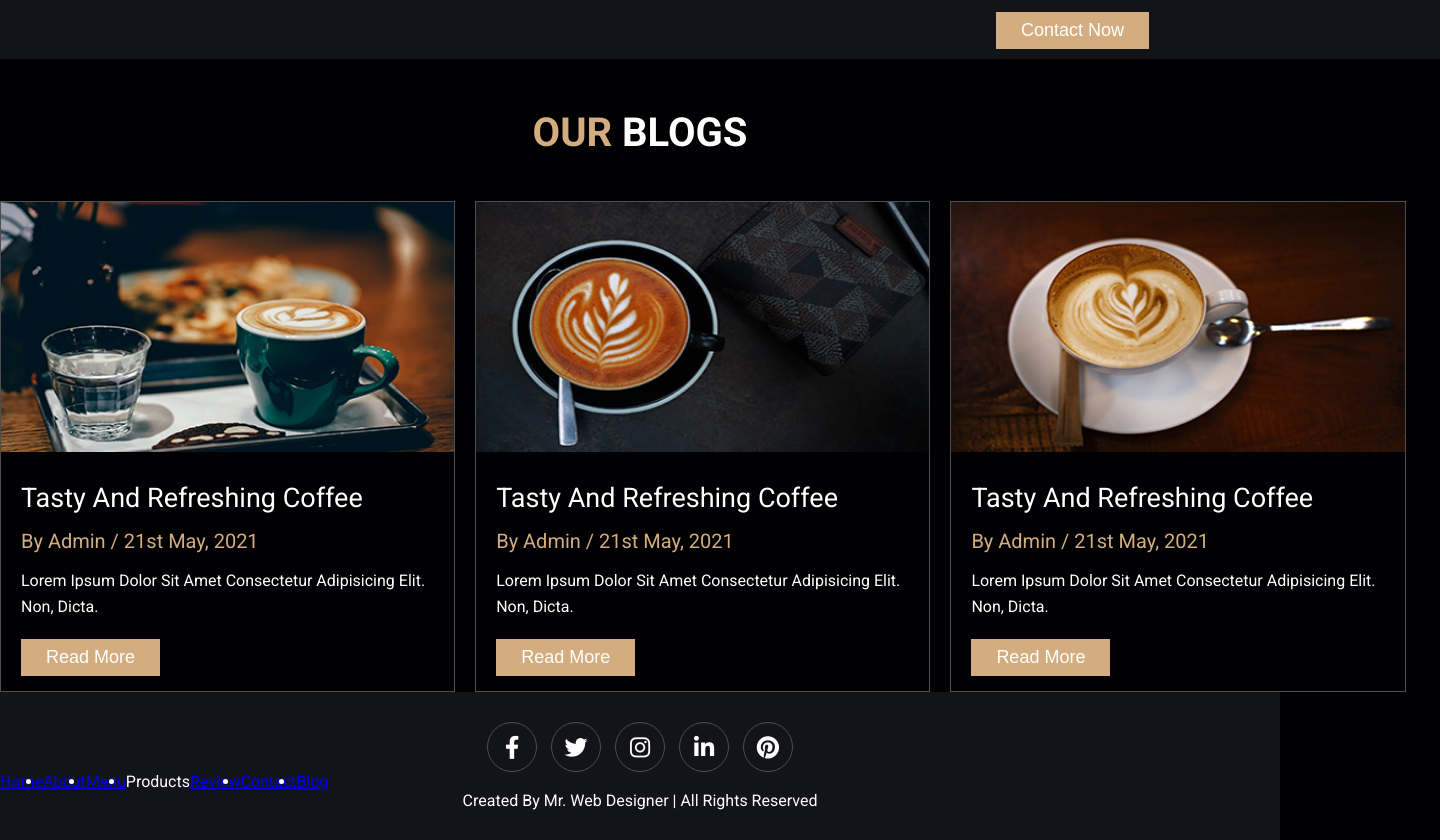
Repository: Dinhthai303/DinhThai
Page: index.html
These files come from the project's save history. The page is drawn as it stood at one moment and after the next save; the edit follows.
The browser window is 1280 px wide. The page is 1440 px wide, so the pictures cover 1440 px, including what lies to the right of the window. The pictures show the part of the page from y = 4203 to 5043 px (the page is 5043 px tall).
Pictures or frames that could not be fetched are drawn as grey boxes.

Above is the page before, as saved 2021-11-28 01:56:09.

After the next save:
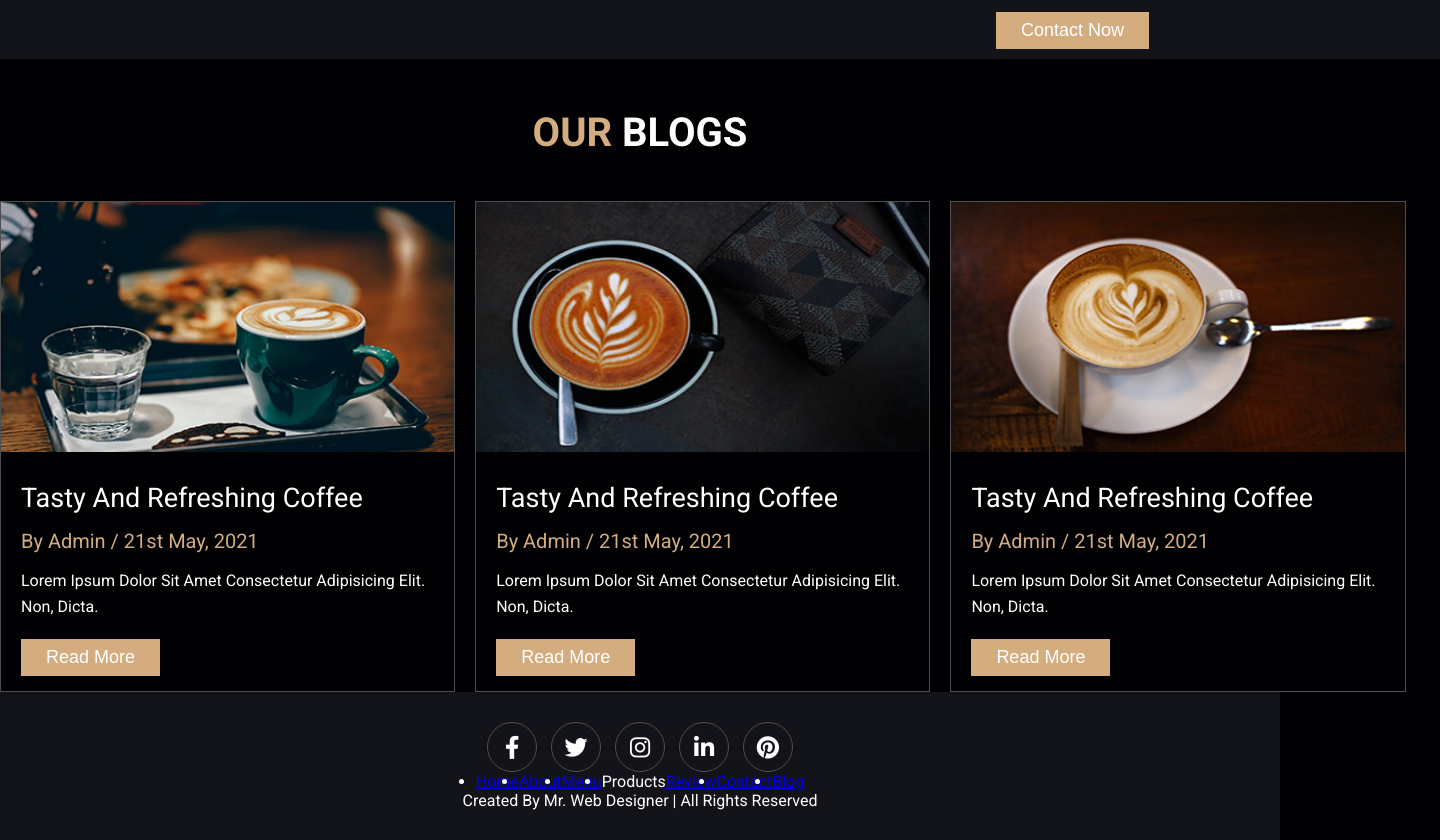
Saved 6 s later.
--- a/css/style.css
+++ b/css/style.css
@@ -347,5 +347,5 @@ body{
 }
 .footer__menu{
     display: flex;
-    margin: 0 auto;
-}
+    justify-content: center;
+}
